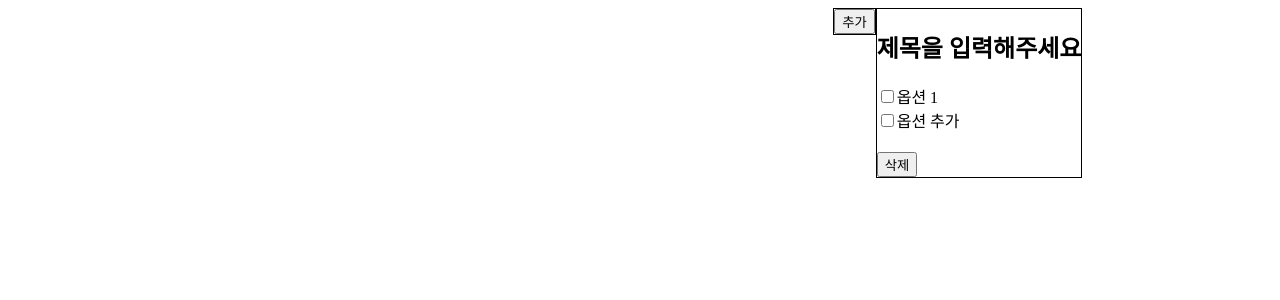
Repository: binigy97/VoteStie
Page: voteWeb/src/main/resources/static/index.html
These files come from the project's save history. The page is drawn as it stood at one moment and after the next save; the edit follows.
The browser window is 1280 px wide. The pictures show the whole page.

Above is the page before, as saved 2022-02-23 22:05:29.

After the next save:
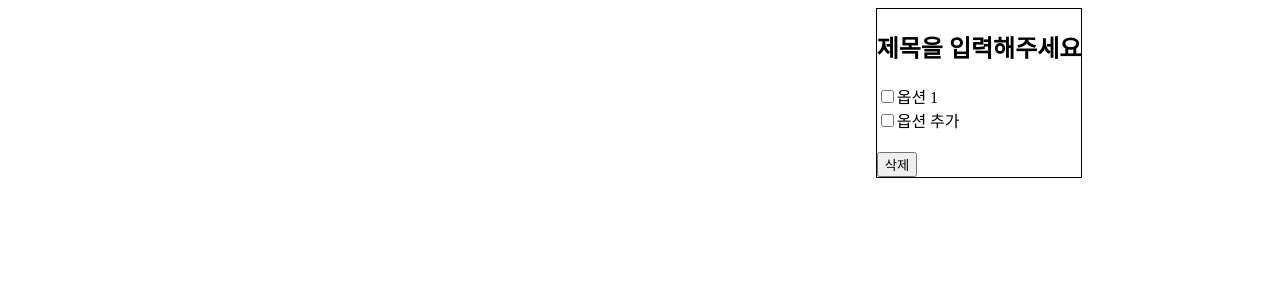
Saved 16 s later.
--- a/voteWeb/src/main/resources/static/index.html
+++ b/voteWeb/src/main/resources/static/index.html
@@ -40,8 +40,8 @@
 </article>
 </section>
 <!-- 투표지 추가 -->
-<article>
+<!-- <article>
 	<button>추가</button>
-</article>
+</article> -->
 </body>
 </html>

After the save that followed:
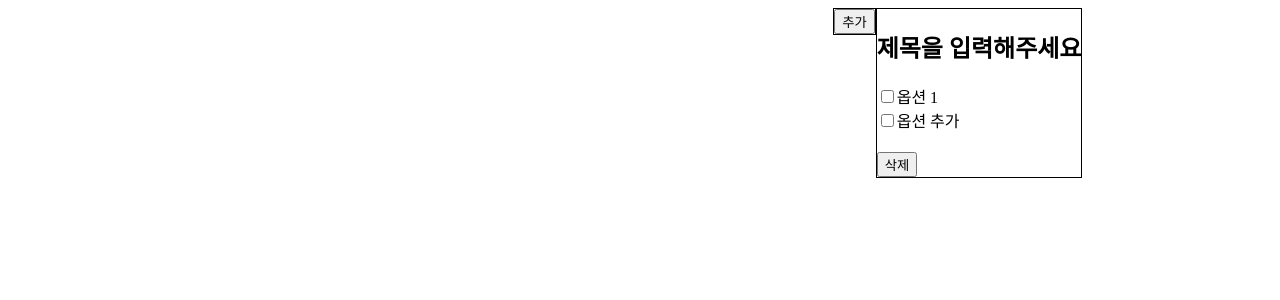
Saved 7 s later.
--- a/voteWeb/src/main/resources/static/index.html
+++ b/voteWeb/src/main/resources/static/index.html
@@ -40,8 +40,8 @@
 </article>
 </section>
 <!-- 투표지 추가 -->
-<!-- <article>
+<article>
 	<button>추가</button>
-</article> -->
+</article>
 </body>
 </html>
